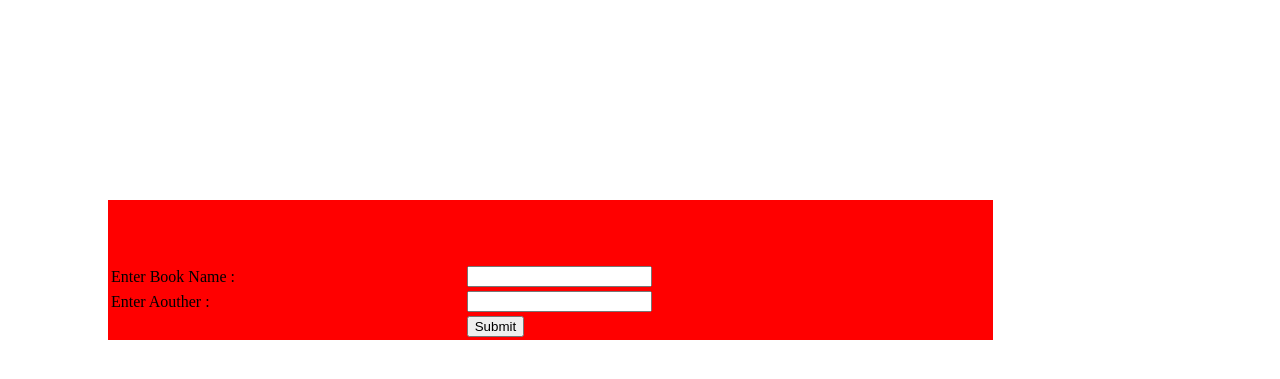
Repository: shulamitProjects/Java
Page: http://localhost/ProjectLibary/AddBook.jsp
These files come from the project's save history. The page is drawn as it stood at one moment and after the next save; the edit follows.
The browser window is 1280 px wide. The pictures show the whole page.
The page is served by Tomcat 10. Other server files are loaded and not shown.

Above is the page before, as saved 2024-01-29 10:40:14.

### project/project_25-01/ProjectLibary/src/main/webapp/AddBook.jsp
<%@ page language="java" contentType="text/html; charset=UTF-8"
	pageEncoding="UTF-8"%>

<!DOCTYPE html PUBLIC "-//W3C//DTD HTML 4.01 Transitional//EN" "http://www.w3.org/TR/html4/loose.dtd">
<html>
<head>
<meta http-equiv="Content-Type" content="text/html; charset=UTF-8">
<title>add book</title>
</head>
<body>
	<form method="post" action="registration/controller/BooksServlet">
		<table
			style="width: 70%; background-color: red; margin-top: 200px; margin-left: 100px; margin-right: 200px;">

			<tr>
				<td>
					<h3 style="color: red">The Book</h3>
				</td>
			</tr>
			<tr>
				<td>Enter Book Name :</td>
				<td><input type="text" name="name"></td>
			</tr>
			<tr>
				<td>Enter Aouther :</td>
				<td><input type="text" name="aouther"></td>
			</tr>
			<tr>
				<td></td>
				<td><input type="submit" name="AddBook" value="Submit"></td>

			</tr>
		</table>
	</form>
</body>
</html>

After the next save:
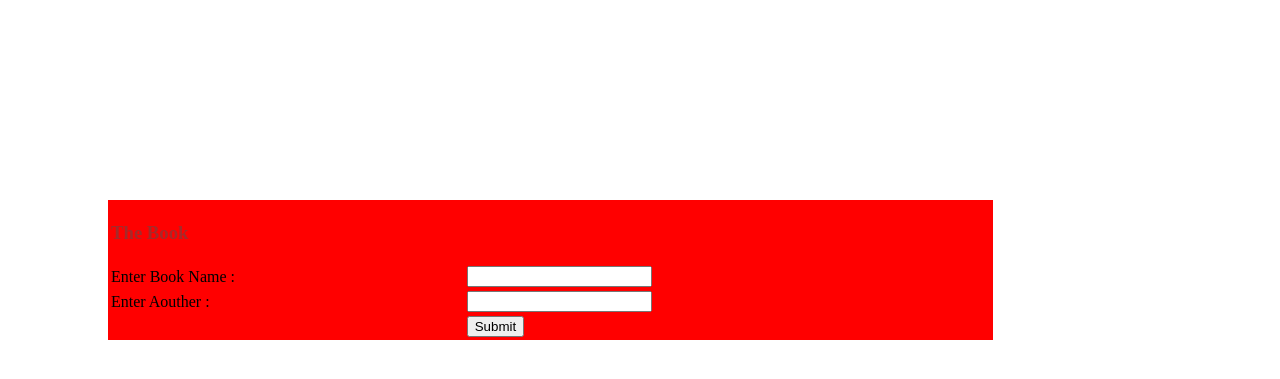
Saved 7 min 45 s later.
--- a/project/project_25-01/ProjectLibary/src/main/webapp/AddBook.jsp
+++ b/project/project_25-01/ProjectLibary/src/main/webapp/AddBook.jsp
@@ -14,7 +14,7 @@
 
 			<tr>
 				<td>
-					<h3 style="color: red">The Book</h3>
+					<h3 style="color: brown">The Book</h3>
 				</td>
 			</tr>
 			<tr>
